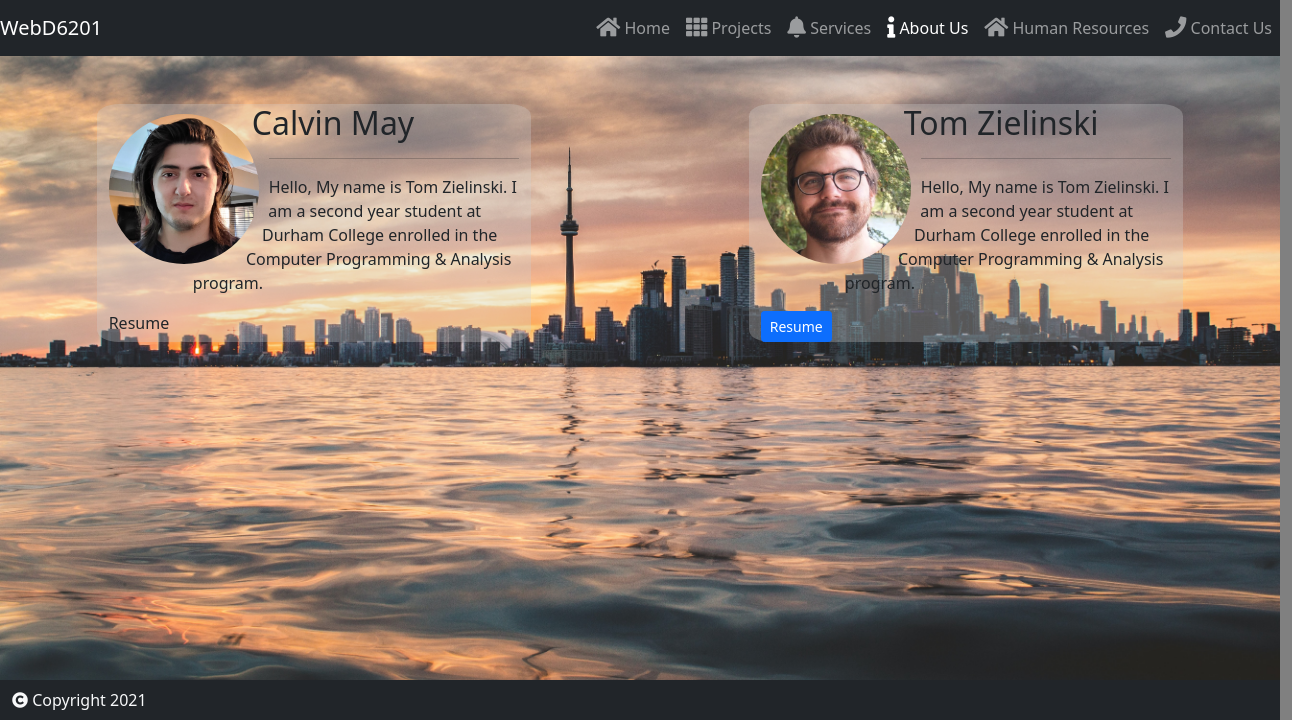
Repository: Tomelinski/Webd6201-Lab02
Page: about.html
These files come from the project's save history. The page is drawn as it stood at one moment and after the next save; the edit follows.
The browser window is 1280 px wide. The page is 1292 px wide, so the pictures cover 1292 px, including what lies to the right of the window. The pictures show the whole page.

Above is the page before, as saved 2021-02-05 19:28:14.

After the next save:
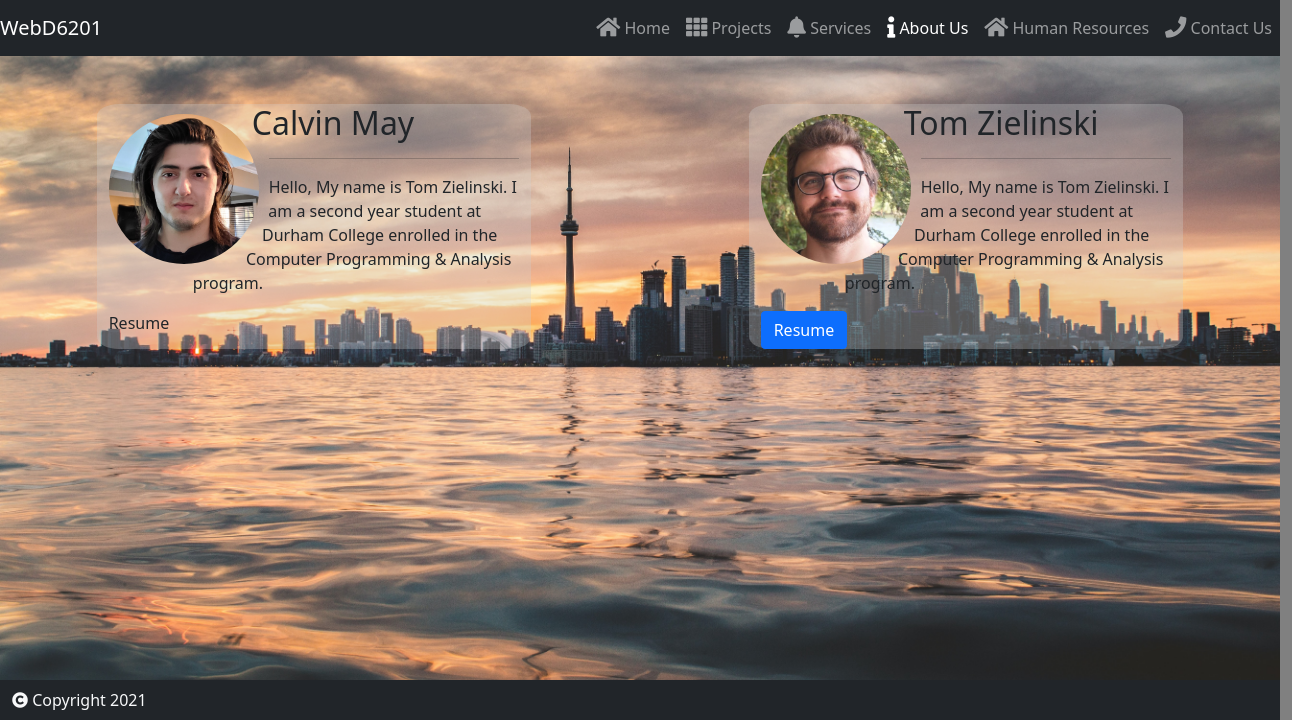
Saved 7 s later.
--- a/Scripts/app.js
+++ b/Scripts/app.js
@@ -81,7 +81,7 @@
         aboutTom.innerHTML = `<hr/><p>Hello, My name is Tom Zielinski. I am a second year student at Durham College enrolled in the Computer Programming & Analysis program.</p>`;
         tomResume.setAttribute("href", "../files/resumes/Tom_Resume.pdf");
         tomResume.setAttribute("download", "");
-        tomResume.setAttribute("class", "btn btn-primary btn-sm");
+        tomResume.setAttribute("class", "btn btn-primary");
         tomResume.textContent = "Resume";
 
         // Insert the Elements within the about-tom div
